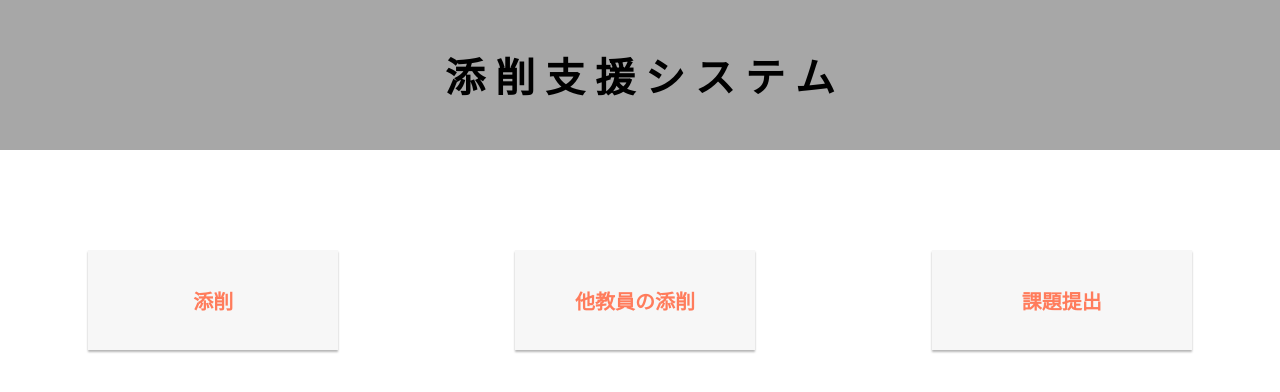
Repository: k-murakami18/canvas_v2
Page: main_teacher.html
These files come from the project's save history. The page is drawn as it stood at one moment and after the next save; the edit follows.
The browser window is 1280 px wide. The pictures show the whole page.

Above is the page before, as saved 2021-01-12 14:08:26.

### main_teacher.html
<!DOCTYPE html>
<html lang="en">

<head>
  <meta charset="UTF-8">
  <title>添削支援システム</title>
  <link rel="stylesheet" href="css/jquery-ui-1.8.16.custom.css" />
  <link rel="stylesheet" href="./style.css">
  <link rel="stylesheet" href="https://cdn.jsdelivr.net/npm/simplebar@latest/dist/simplebar.css">
  <script src="//cdnjs.cloudflare.com/ajax/libs/jspdf/1.3.3/jspdf.min.js"></script>
  <script src="js/jquery.1.6.4.min.js"></script>
  <script src="js/jquery-ui-1.8.16.custom.min.js"></script>
  <script type="text/javascript" src="./dist/fabric.js"></script>
  <script type="text/javascript" src="./dist/fabric.min.js"></script>
</head>

<body>
  <!--タイトルとファイル選択-->
  <div class="title_container">
    <h1 id="title">添 削 支 援 シ ス テ ム</h1>
  </div>

  <div class="btn_name">
    <a href="index.html" class="button" id="anno_btn" type="submit" name="name">添削</a>
    <a href="teacher.html" class="button" id="oth_teacher_btn" type="submit" name="name">他教員の添削</a>
    <a href="submission.html" class="button" id="submit_btn" type="submit" name="name">課題提出</a>
  </div>

</body>

</html>

### style.css
body{
  margin:0;
}

/*タイトルコンテナ*/
.title_container{
  width: 100%;
  height: 150px;
  font-size: 20px;
  display: flex;
  background-color: #A7A7A7;
  justify-content: center; /*左右中央*/
  align-items: center; /*上下中央*/
  margin-bottom: 100px;
  margin-left: 0;
  margin-right: 0;
}

.subtitle_container{
  width: 100%;
  height: 80px;
  font-size: 15px;
  display: flex;
  background-color: #A7A7A7;
  justify-content: center; /*左右中央*/
  align-items: center; /*上下中央*/
  margin-left: 0;
  margin-right: 0;
}

/*ボタンコンテナ*/
.button_container{
  width: 50px;
  height: 602px;
  background-color: #DADADA;
  margin-bottom: 5px;
  margin-right: 5px;
}

/*各ボタンの設定*/
.btn-box,.btn_box{
  display: inline-block;
  widows: 25px;
  height: 25px;
  border: 1px black solid;
  padding: 2px;
  border-radius: 5px;
}
.btn_box_black{
  display: inline-block;
  widows: 25px;
  height: 25px;
  border: 1px white solid;
  padding: 2px;
  border-radius: 5px;
}
.select{
  margin-top: 10px;
  margin-left: 9px;
}
.aaa{
  margin-top: 0px;
  margin-left: 9px;
}
.margin{
  margin-top: 10px;
  margin-left: 9px;
}

/*ボタン枠線削除*/
input:focus {
	outline:0;
}

/*キャンバス*/
canvas {
	position: relative;
	border:1px solid #000;
}

/*保存履歴コンテナ*/
.history_container{
  height: 600px;
  width: 330px;
  background-color: whitesmoke;
  border: 1px solid black;
  margin-left: 10px;
}

/*保存履歴タイトル*/
#title_tmpList{
  margin-top: 2px;
  margin-left: 10px;
  margin-bottom: 2px;
  font-weight: bolder;
  text-align: center;
}
.subtitle_tmpList{
  margin-top: 3px;
  margin-bottom: 3px;
  font-weight: bolder;
  font-size: 13px;
  text-align: center;
}

/*「保存履歴」の下線*/
.hr{
  border-bottom: 1px solid black;
  width: 93%;
  margin-left: auto;
  margin-right: auto;
}
/*「ブックマーク」「添削保存」の下線*/
.hr2{
  border-bottom: 1px solid black;
  width: 83%;
  margin-left: auto;
  margin-right: auto;
}

#bookmark_viewpanel{
  height: 539px;
  width: 100px;
  background-color: whitesmoke;
  margin-top: 5px;
}

#normal_viewpanel{
  height: 539px;
  width: 190px;
  background-color: whitesmoke;
  margin-top: 5px;
}

#bookmark_tmp{
  border-right: 1px solid black;
}

.tmpImage{
  border: 1px solid black;
  margin-left: 10px;
}

#setColor li{
  display: inline-block;
  width: 25px;
  height: 25px;
  border:1px solid #000;
}

.button{
  height: 100px;
  font-size: 20px;
  font-weight: bold;
  margin: auto;
  display: flex;
  justify-content: center;
  align-items: center;
  text-decoration: none;
  background: #f7f7f7;
  color: #ff7c5c;/*文字色*/
  font-weight: bold;
  box-shadow: 0px 2px 2px rgba(0, 0, 0, 0.29);
}
.button:active {
  box-shadow: inset 0 0 2px rgba(128, 128, 128, 0.1);
  transform: translateY(2px);
}

#anno_btn{
  width: 150px;
  padding-left: 50px;
  padding-right: 50px;
}
#oth_teacher_btn{
  width: 200px;
  padding-left: 20px;
  padding-right: 20px;
}
#submit_btn{
  width: 200px;
  padding-left: 30px;
  padding-right: 30px;
}
body .btn_name{
  display: flex;
  justify-content: center;
}

#preview img {
  width: 400px;
  margin: 20px;
  border: solid 0.5px gray ;
}

#file{
  margin-top: 10px;
  margin-left: 20px;
}

Loaded but not shown: css/jquery-ui-1.8.16.custom.css (library); js/jquery.1.6.4.min.js (library); js/jquery-ui-1.8.16.custom.min.js (library); dist/fabric.js (library); dist/fabric.min.js (library)

After the next save:
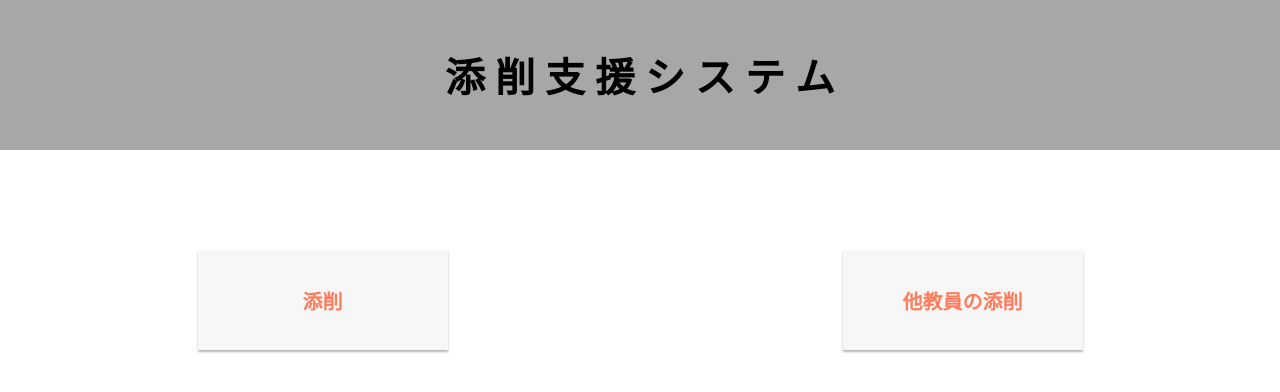
Saved 24 s later.
--- a/main_teacher.html
+++ b/main_teacher.html
@@ -23,7 +23,6 @@
   <div class="btn_name">
     <a href="index.html" class="button" id="anno_btn" type="submit" name="name">添削</a>
     <a href="teacher.html" class="button" id="oth_teacher_btn" type="submit" name="name">他教員の添削</a>
-    <a href="submission.html" class="button" id="submit_btn" type="submit" name="name">課題提出</a>
   </div>
 
 </body>
